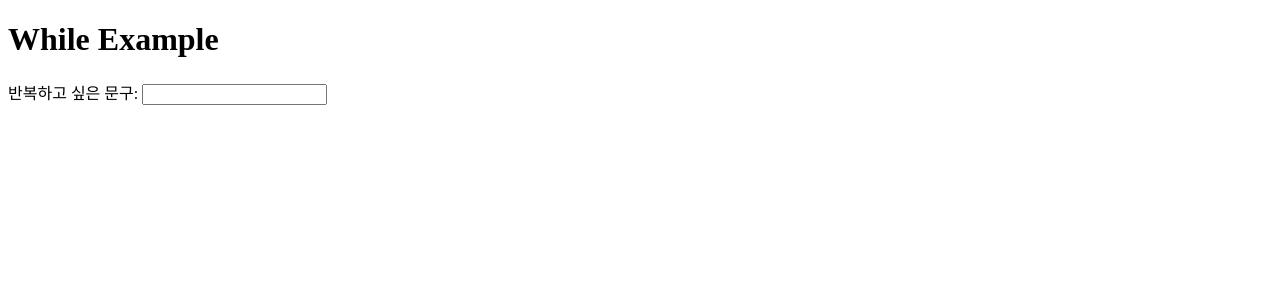
Repository: Ryustam/JSP
Page: jsp_practice/src/main/webapp/ex_23.html
These files come from the project's save history. The page is drawn as it stood at one moment and after the next save; the edit follows.
The browser window is 1280 px wide. The pictures show the whole page.

Above is the page before, as saved 2021-11-02 02:22:24.

### jsp_practice/src/main/webapp/ex_23.html
<!DOCTYPE html>
<html>
<head>
<meta charset="EUC-KR">
<title>Insert title here</title>
</head>
<body>
<h1>While Example</h1>
<form method="post" action="">
반복하고 싶은 문구: <input type="text" name="msg" size="20"> <p><p/>

</form>
</body>
</html>

After the next save:
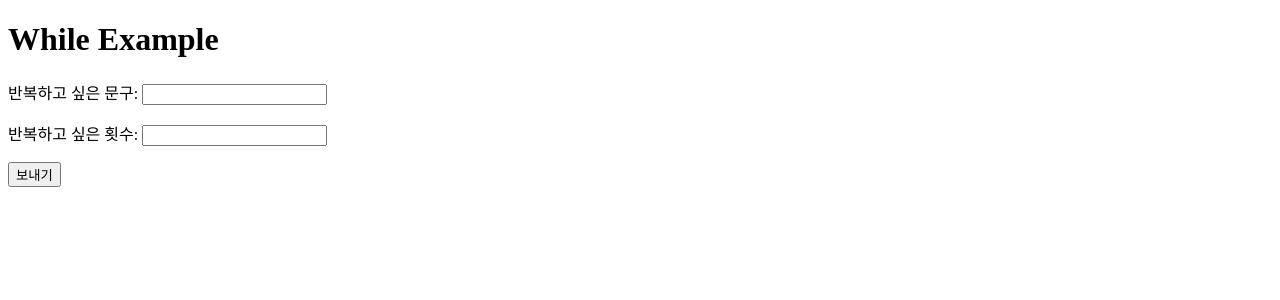
Saved 51 s later.
--- a/jsp_practice/src/main/webapp/ex_23.html
+++ b/jsp_practice/src/main/webapp/ex_23.html
@@ -7,8 +7,9 @@
 <body>
 <h1>While Example</h1>
 <form method="post" action="">
-반복하고 싶은 문구: <input type="text" name="msg" size="20"> <p><p/>
-
+반복하고 싶은 문구: <input type="text" name="msg" size="20"><p/>
+반복하고 싶은 횟수: <input type="text" name="number"> <p/>
+<input type="submit" value="보내기">
 </form>
 </body>
 </html>
